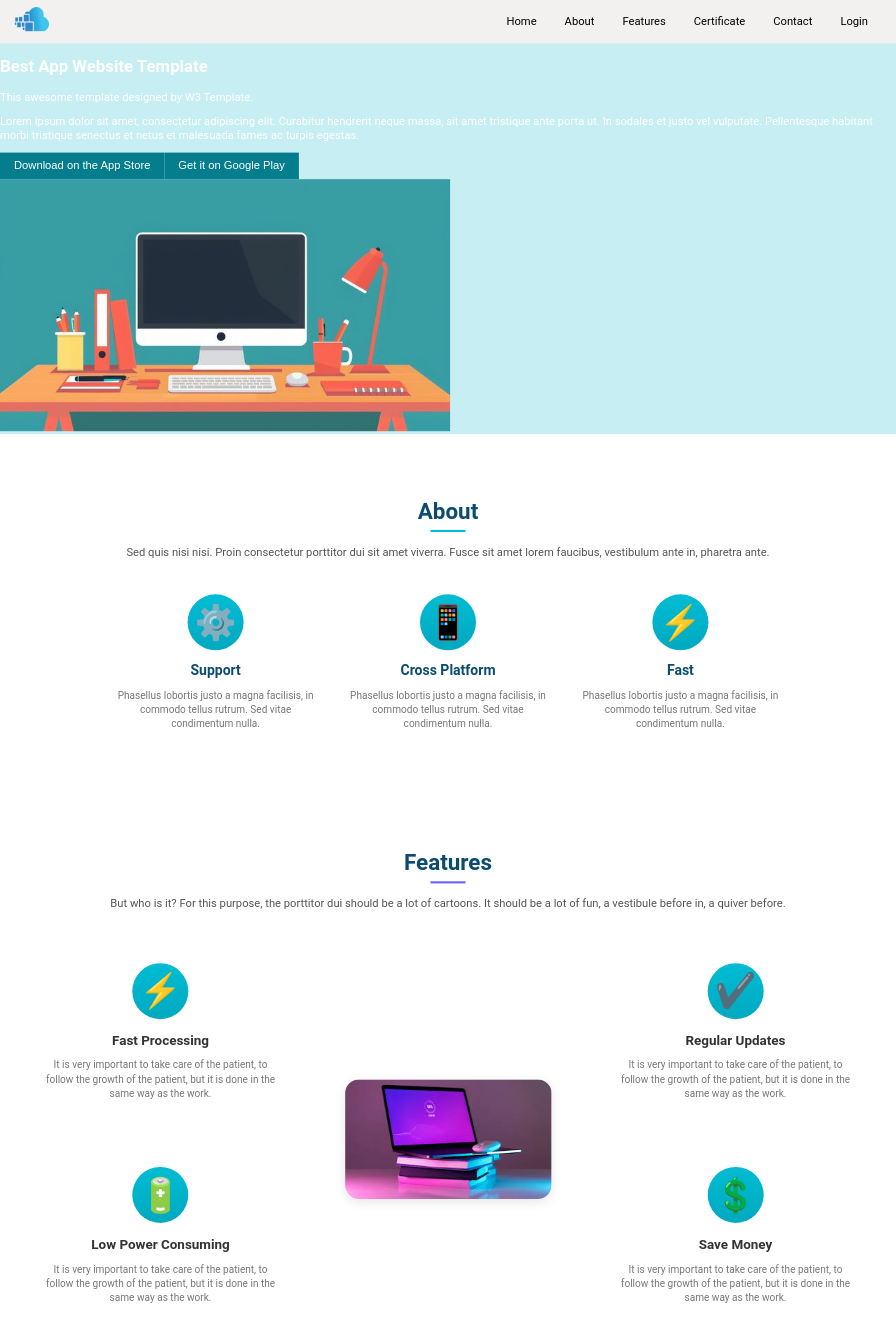
Repository: gautamsonam011/Institute
Page: /
These files come from the project's save history. The page is drawn as it stood at one moment and after the next save; the edit follows.
The browser window is 1280 px wide. The pictures show the part of the page from y = 0 to 1920 px (the page is 3494 px tall before and 3331 px after), at 70% of full size.
The project was rebuilt for these pictures with package versions that can differ from the ones it lists, and the page was loaded fresh each time. Also part of the build but not shown: vite.config.js, src/Header.jsx, src/Sidebar.jsx, src/Home.jsx, src/students/Addstudent.jsx, src/students/allstudent.css, src/students/Allstudents.jsx, src/Fee management/feehead.css and 9 more.

Above is the page before, as saved 2024-11-28 10:35:11.

After the next save:
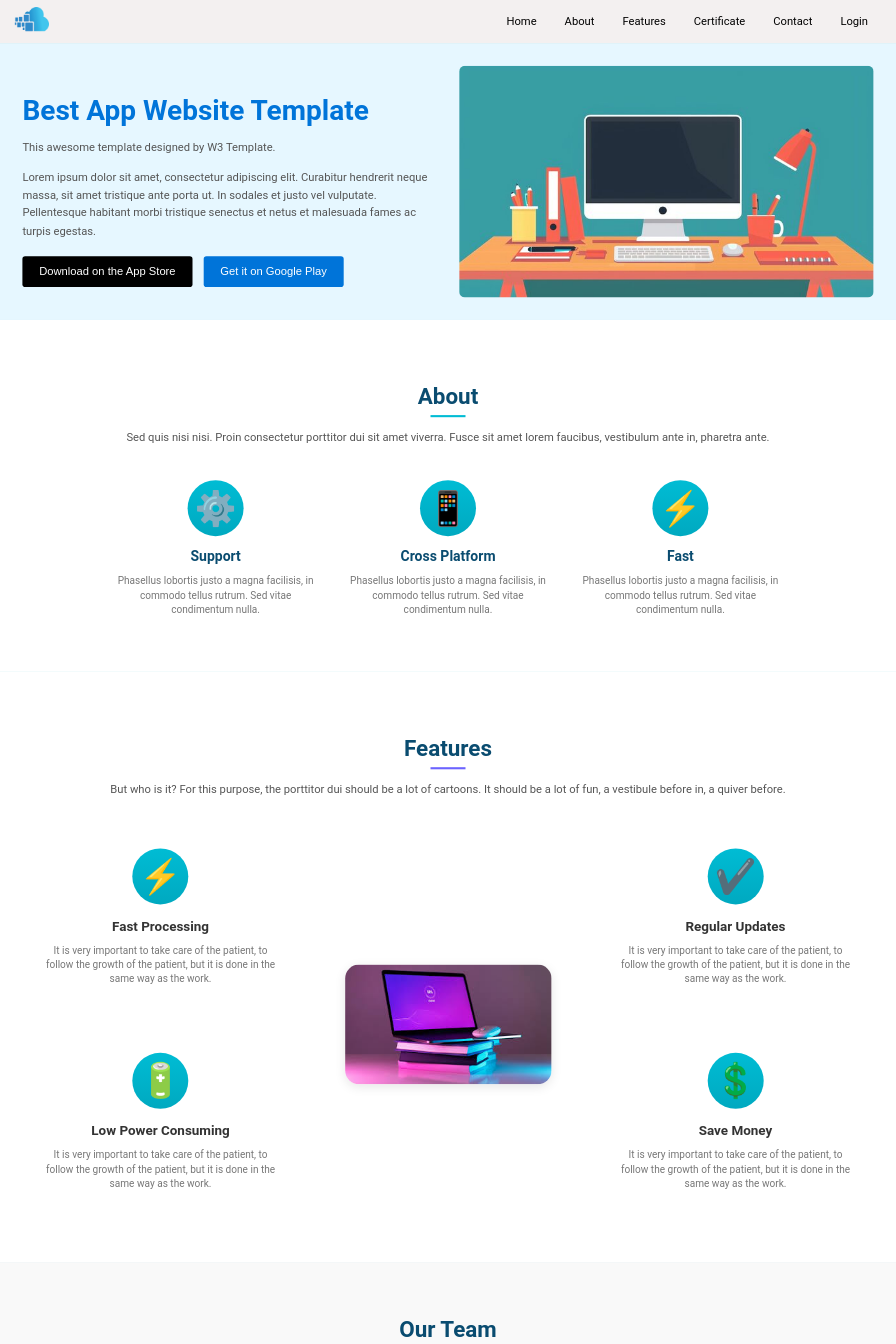
Saved 83 s later.
--- a/src/components/Main.jsx
+++ b/src/components/Main.jsx
@@ -2,28 +2,27 @@ import React from "react";
 import "./main.css";
 import mainbg2 from '../assets/mainbg2.jpg'
 
-const MainPage = () => {
+const AppSection = () => {
   return (
-    <div className="main-containerr">
-      <section className="hero">
+    <div className="app-section">
+      <div className="content">
         <h1>Best App Website Template</h1>
-        <p className="subtitle">This awesome template designed by W3 Template.</p>
-        <p className="description">
-          Lorem ipsum dolor sit amet, consectetur adipiscing elit. Curabitur
-          hendrerit neque massa, sit amet tristique ante porta ut. In sodales
-          et justo vel vulputate. Pellentesque habitant morbi tristique
-          senectus et netus et malesuada fames ac turpis egestas.
+        <p>
+          This awesome template designed by W3 Template.
         </p>
-        <div className="download-buttons">
-          <button className="app-store">Download on the App Store</button>
-          <button className="google-play">Get it on Google Play</button>
+        <p>
+          Lorem ipsum dolor sit amet, consectetur adipiscing elit. Curabitur hendrerit neque massa, sit amet tristique ante porta ut. In sodales et justo vel vulputate. Pellentesque habitant morbi tristique senectus et netus et malesuada fames ac turpis egestas.
+        </p>
+        <div className="buttons">
+          <button className="btn btn-black">Download on the App Store</button>
+          <button className="btn btn-blue">Get it on Google Play</button>
         </div>
-      </section>
-      <section className="phone-mockup">
-        <img src={mainbg2} alt="App Mockup" />
-      </section>
+      </div>
+      <div className="image">
+        <img src={mainbg2} alt="App Illustration" />
+      </div>
     </div>
   );
 };
 
-export default MainPage;
+export default AppSection;
